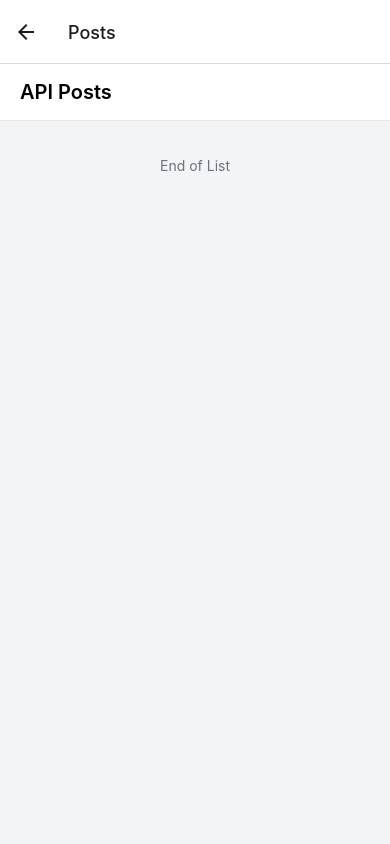
Repository: nawaz1568/Task_counter
Screen: /Posts
These files come from the project's save history. The screen is drawn as it stood at one moment and after the next save; the edit follows.
The page's requests for data from a server got no answer. The app was drawn by React Native's web renderer in a window 390 px wide. The project was rebuilt for these pictures with package versions that can differ from the ones it lists, and the page was loaded fresh each time. No one was signed in, and anything a server would have sent is missing. Also part of the build but not shown: src/screens/PostDetailScreen.js, src/screens/CounterScreen.js, src/screens/PostsScreen.js, src/screens/AnotherDetailScreen.js, src/screens/DummyPostsScreen.js, src/screens/DummyPostDetailScreen.js.

Above is the screen before, as saved 2025-09-09 19:47:51.

After the next save:
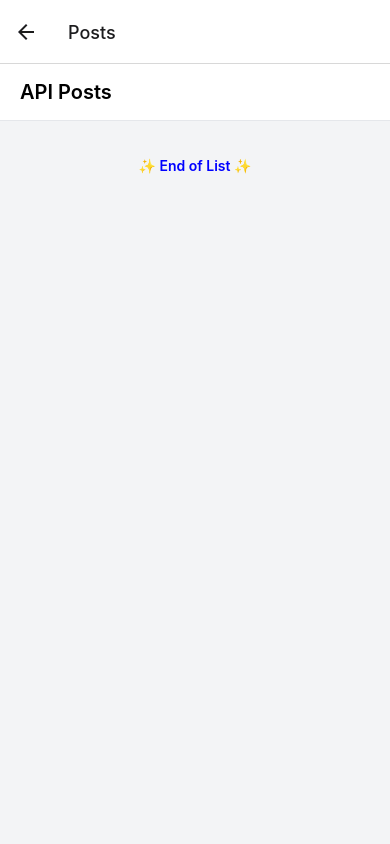
Saved 9 min 38 s later.
--- a/src/screens/PostListScreen.js
+++ b/src/screens/PostListScreen.js
@@ -1,6 +1,14 @@
-import React, { useEffect, useState, useCallback } from 'react';
-import { View, Text, FlatList, ActivityIndicator, TouchableOpacity, StyleSheet, RefreshControl } from 'react-native';
-import Header from '../components/Header';
+import React, { useEffect, useState, useCallback } from "react";
+import {
+  View,
+  Text,
+  FlatList,
+  ActivityIndicator,
+  TouchableOpacity,
+  StyleSheet,
+  RefreshControl,
+} from "react-native";
+import Header from "../components/Header";
 
 export default function PostListScreen({ navigation }) {
   const [posts, setPosts] = useState([]);
@@ -10,17 +18,19 @@ export default function PostListScreen({ navigation }) {
   const fetchPosts = async () => {
     try {
       setLoading(true);
-      const res = await fetch('https://jsonplaceholder.typicode.com/posts');
+      const res = await fetch("https://jsonplaceholder.typicode.com/posts");
       const data = await res.json();
       setPosts(data);
     } catch (e) {
-      console.warn('Failed to fetch posts', e);
+      console.warn("Failed to fetch posts", e);
     } finally {
       setLoading(false);
     }
   };
 
-  useEffect(() => { fetchPosts(); }, []);
+  useEffect(() => {
+    fetchPosts();
+  }, []);
 
   const onRefresh = useCallback(async () => {
     setRefreshing(true);
@@ -29,9 +39,14 @@ export default function PostListScreen({ navigation }) {
   }, []);
 
   const renderItem = ({ item }) => (
-    <TouchableOpacity style={styles.card} onPress={() => navigation.navigate('Details', { post: item })}>
+    <TouchableOpacity
+      style={styles.card}
+      onPress={() => navigation.navigate("Details", { post: item })}
+    >
+      <Text style={styles.cardDetail}>UserID: {item.userId}</Text>
+      <Text style={styles.cardDetail}>ID: {item.id}</Text>
       <Text style={styles.cardTitle}>{item.title}</Text>
-      <Text style={styles.cardBody} numberOfLines={2}>{item.body}</Text>
+      <Text style={styles.cardBody}>{item.body}</Text>
     </TouchableOpacity>
   );
 
@@ -48,32 +63,38 @@ export default function PostListScreen({ navigation }) {
       <Header title="API Posts" />
       <FlatList
         data={posts}
-        keyExtractor={(item) => String(item.id)}
+        keyExtractor={(item) => item.id.toString()} // ✅ unique key
         renderItem={renderItem}
         contentContainerStyle={{ padding: 16 }}
-        ListFooterComponent={<Text style={styles.footer}>End of List</Text>}
-        refreshControl={<RefreshControl refreshing={refreshing} onRefresh={onRefresh} />}
+        ListFooterComponent={
+          <Text style={styles.footer}>✨ End of List ✨</Text>
+        }
+        refreshControl={
+          <RefreshControl refreshing={refreshing} onRefresh={onRefresh} />
+        }
       />
     </View>
   );
 }
 
 const styles = StyleSheet.create({
-  container: { flex: 1, backgroundColor: '#f3f4f6' },
-  center: { flex: 1, alignItems: 'center', justifyContent: 'center' },
+  container: { flex: 1, backgroundColor: "#f3f4f6" },
+  center: { flex: 1, alignItems: "center", justifyContent: "center" },
   card: {
-    backgroundColor: '#fff',
+    backgroundColor: "#fff",
     padding: 16,
     borderRadius: 12,
     marginBottom: 12,
     borderWidth: 1,
-    borderColor: '#e5e7eb',
+    borderColor: "#e5e7eb",
   },
-  cardTitle: { fontSize: 16, fontWeight: '700', marginBottom: 6 },
-  cardBody: { color: '#374151' },
+  cardDetail: { fontSize: 14, color: "#4b5563", marginBottom: 4 },
+  cardTitle: { fontSize: 16, fontWeight: "700", marginBottom: 6 },
+  cardBody: { color: "#374151" },
   footer: {
-    textAlign: 'center',
+    textAlign: "center",
     paddingVertical: 20,
-    color: '#6b7280',
+    color: "blue", // ✅ blue footer
+    fontWeight: "600",
   },
 });
